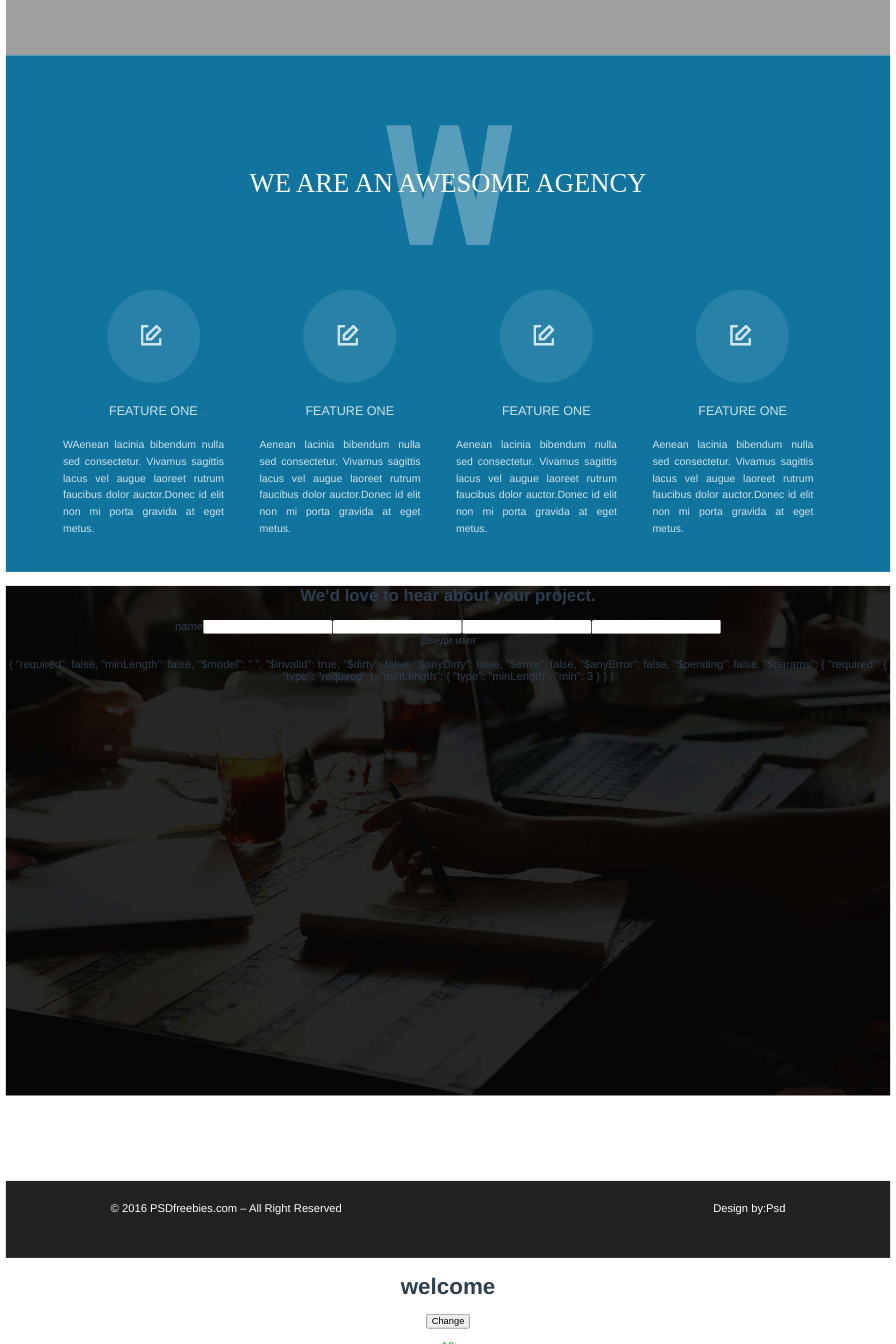
Repository: joker506/Creatives
Page: /
The author's editor kept a copy of each file at every save. The page is drawn from the files as they stood at one save, then again after the next save.
The browser window is 1280 px wide. The pictures show the part of the page from y = 760 to 2680 px (the page is 2716 px tall), at 70% of full size.
Pictures or frames that could not be fetched are drawn as grey boxes. The project was rebuilt for these pictures with package versions that can differ from the ones it lists, and the page was loaded fresh each time.

Above is the page before, as saved 2020-04-11 23:09:56.

### public/index.html
<!DOCTYPE html>
<html lang="ru">

<head>
    <meta charset="utf-8">
    <meta http-equiv="X-UA-Compatible" content="IE=edge">
    <meta name="viewport" content="width=device-width,initial-scale=1.0">
    <link rel="icon" href="<%= BASE_URL %>favicon.ico">
    <title>
        <%= htmlWebpackPlugin.options.title %>
    </title>
</head>

<body>
    <noscript>
      <strong>We're sorry but <%= htmlWebpackPlugin.options.title %> doesn't work properly without JavaScript enabled. Please enable it to continue.</strong>
    </noscript>
    <div id="app"></div>
    <!-- built files will be auto injected -->
</body>

</html>

### src/main.js
import Vue from 'vue'
import Vuelidate from 'vuelidate'
import App from './App.vue'

Vue.use(Vuelidate)

Vue.config.productionTip = false

new Vue({
    render: h => h(App),
}).$mount('#app')

### src/App.vue
<template>
  <div id="app">
<HeaderApp />
<AdvantagesApp />
<TeamApp />
<FormApp />
<FooterApp />

    <HelloWorld
    @clicks="clickUp($event)"
       :msg=msg
       :counter=counter />
  </div>
</template>

<script>
import HelloWorld from './components/HelloWorld.vue'
import HeaderApp from './components/HeaderApp.vue'
import AdvantagesApp from './components/AdvantagesApp.vue'
import TeamApp from './components/TeamApp.vue'
import FormApp from './components/FormApp.vue'
import FooterApp from './components/FooterApp.vue'

export default {
  name: 'App',
  data(){

    return{
    msg:"welcome",
    counter:10,


    }

  },
  components: {
    HelloWorld,
    AdvantagesApp,
    HeaderApp,
    TeamApp,
    FormApp,
    FooterApp
  },
  methods:{
    clickUp(event){
      console.log("click")
      this.counter=event
    }
  }
}
</script>

<style>
#app {
  font-family: Avenir, Helvetica, Arial, sans-serif;
  -webkit-font-smoothing: antialiased;
  -moz-osx-font-smoothing: grayscale;
  text-align: center;
  color: #2c3e50;
  overflow: hidden;

}
</style>

### src/components/HelloWorld.vue
<template>
  <div class="hello">
    <h1>{{ msg }} </h1>
   <button @click="clickDown">Change</button>
   <p>{{counter}}</p>

  </div>
</template>

<script>
export default {
  name: 'HelloWorld',

  props: {
    msg: String,
    counter:Number

  },
  methods:{
    clickDown(){
      console.log("Your Click!")
      this.$emit("clicks",this.counter+1)

    }
  }
}
</script>

<style scoped>
h3 {
  margin: 40px 0 0;
}
ul {
  list-style-type: none;
  padding: 0;
}
li {
  display: inline-block;
  margin: 0 10px;
}
a {
  color: #42b983;
}
p{
  color:rgb(3, 156, 62);
}
</style>

### src/components/HeaderApp.vue
<template>

<header class="header">

<div class="header__top">
<a class="logo" href="#" >
    <img src="@/assets/Logo1.png" alt="logo">
</a>
<nav class="main-nav">
    <ul class="main-nav__items">
        <li class="item">
            <a href="#">Home</a> </li>
        <li class="item">
            <a href="#">Pages</a> </li>
        <li class="item">
            <a href="#">Features</a> </li>
        <li class="item">
            <a href="#">Extensions</a> </li>
        <li class="item">
            <a href="#">Tutorials</a> </li>
        <li class="item">
            <a href="#">Contact us</a> </li>
    </ul>
</nav>

<div class="social">
    <ul class="social__items">
        <li class="social__item social__item--fb">
            <a class="social__link" href="#"></a></li>
        <li class="social__item social__item--insta">
            <a class="social__link" href="#"></a></li>
        <li class="social__item social__item--teleg">
            <a class="social__link" href="#"></a></li>
        <li class="social__item social__item--vk">
            <a class="social__link" href="#"></a></li>
    </ul>
</div>

</div>
<div class="header__main">

<h1 class="header__title" >Creatives</h1>
<p class="text"><a href="Power by PSDfreebies.com"> Power by PSDfreebies.com</a></p>

<span class="btn__main">
    <a @click="scrollDown" href="#team" class="btn__main-link">scroll down</a>
</span>
</div>


</header>

</template>

<script>
export default {
    name:'HeaderApp',
    methods:{
        scrollDown(){
            console.log("scroll")
        }
    },

    directives:{
        font:{
            bind(el){
            el.style.fontSize='50px'
            }
        },
        color:{
            bind(el){
                el.style.color='#ffffff'
            }
        }
    }


}
</script>

<style lang="scss">
.header{
    margin: 0;
    padding: 0;
    max-width: 1600px;
    padding-top: 20px;
    font-size: 18px;
    background-image: url("~@/assets/Layer96.jpg");
    background-repeat: no-repeat;
    background-position: 0 0;
    background-size: cover;
}

.header__top{
    padding-right: 15px;
    padding-left: 15px;
    display: flex;
    justify-content: space-between;
    height: 90px;
    border-bottom: 3px solid hsla(0, 0%, 47%, 0.5);
}
.wrapper{
    width: 1200px;
}
.logo {
    list-style: none;
    cursor: pointer;
    color: #000000 ;
    &>img{
    width:79px;
    height:75px;
    }
}

.main-nav{
margin-left: 220px;
margin-right: 40px;
//border: 1px solid greenyellow;
}
.main-nav__items{
padding: 0;
margin: 0;
display: flex;
justify-content: space-between;
width: 700px;
height: 85px;
}
.item{
    width: 100px;
    height: 83px;
    list-style: none;
    font-family: "Myriad Pro";
    font-size: 20px;
    font-weight: 400;
    color: #ffffff;
    &:hover{
        border-bottom: 6px solid #11749e;
    }
    &>a{
        display: block;
        padding-top: 30px;
        height: 50px;
        text-decoration: none;
        color: #868686;
   /*  &:hover{
        color: blue;
    } */

    }
}
.social{
width: 141px;
}
.social__items{
    margin: 0;
    padding: 0;
    display: flex;
    justify-content: space-between;
    list-style: none;
}

.social__item{
    width: 20px;
    height: 20px;
    margin-top: 30px;
    position: relative;
    &--fb{
        background-image: url("~@/assets/facebook.svg");
        &:hover{
        background-image: url("~@/assets/fb-active.svg");
        }
    }
     &--insta{
        background-image: url("~@/assets/instagram.svg");
    }
     &--teleg{
        background-image: url("~@/assets/telegram.svg");
    }
     &--vk{
        background-image: url("~@/assets/vk.svg");
    }
    &::before{
        content: '';
        position: absolute;
        width: 30px;
        height: 30px;
         background-position: 0 0;
        background-repeat: no-repeat;
}
}


.social__link{
    display: block;
    padding-top: 30px;
    height: 50px;
    color: #868686;
    text-decoration: none;
}
/*
.header__main{
    height: 766px;
} */

.header__title{
    margin: 0 auto;
    margin-top: 130px;
    font-family: Gotham;
    font-size: 153px;
    font-weight: 700;
    text-transform: uppercase;
    letter-spacing: -1.92px;
}

.text{
margin: 0 auto;
margin-top: 30px;
color: #11749e;
font-family: Gotham;
font-size: 25px;
font-weight: 500;
line-height: 51.19px;
text-transform: uppercase;
letter-spacing: 7.88px;
}
.text>a{
    text-decoration: none;
    color: bisque;
}
.btn__main{
    display: block;
    margin-top: 115px;
    padding-bottom: 115px;
    position: relative;

}
.btn__main-link{
    color:beige;
    cursor: pointer;
    font-weight: 500;
    line-height: 22px;
    text-transform: capitalize;
        &::after{
        content: '';
        display: block;
        left: 50%;
        margin: auto;
        margin-top: 15px;
        width: 65px;
        height: 65px;
        background-image: url("~@/assets/chevron.svg");
        background-repeat: no-repeat;
        background-position: 0 0;
        background-size: cover;
        }
        &:hover{
color: #11749e;
}
}



</style>

### src/components/AdvantagesApp.vue
<template >
<section class="advantages" >
    <div class="wrap">
<h2 class="advantages__title">
    We Are An Awesome Agency
</h2>
    </div>
    <div class="advantages-block">
<div class="block__first">
   <div><img src="~@/assets/Ellipse1.png" alt="ellipse"></div>
    <h3 class="block__title">Feature One</h3>
    <p class="block__text">WAenean lacinia bibendum nulla sed consectetur. Vivamus sagittis lacus vel augue laoreet rutrum faucibus dolor auctor.Donec id elit non mi porta gravida at eget metus.
</p>
</div>
<div class="block__first">
    <div><img src="~@/assets/Ellipse1.png" alt="ellipse"></div>
    <h3 class="block__title">Feature One</h3>
     <p class="block__text">Aenean lacinia bibendum nulla sed consectetur. Vivamus sagittis lacus vel augue laoreet rutrum faucibus dolor auctor.Donec id elit non mi porta gravida at eget metus.
</p>
</div>
<div class="block__first">
    <div><img src="~@/assets/Ellipse1.png" alt="ellipse"></div>
    <h3 class="block__title">Feature One</h3>
     <p class="block__text">Aenean lacinia bibendum nulla sed consectetur. Vivamus sagittis lacus vel augue laoreet rutrum faucibus dolor auctor.Donec id elit non mi porta gravida at eget metus.
</p>
</div>
<div class="block__first">
    <div><img src="~@/assets/Ellipse1.png" alt="ellipse"></div>
    <h3 class="block__title">Feature One</h3>
    <p class="block__text">Aenean lacinia bibendum nulla sed consectetur. Vivamus sagittis lacus vel augue laoreet rutrum faucibus dolor auctor.Donec id elit non mi porta gravida at eget metus.
</p>
</div>
</div>

</section>
</template>

<script>
export default {
    name:'AdvantagesApp',

}
</script>

<style lang="scss">

.advantages{
max-width: 1600px;
height: 738px;
background-color: #11749e;
}
.wrap{
    margin: 0;
}
.advantages-logo{
margin-top: 108px;
    opacity: 0.3 ;
}

.advantages__title{
    margin: 0;
padding-top: 170px;
margin-bottom: 140px;
color: #ffffff;
font-family: Gotham;
font-size: 38px;
font-weight: 500;
line-height: 25px;
text-transform: uppercase;
position: relative;
&::before{
    content: '';
    position: absolute;
    top: 100px;
    left: 43%;
    width: 180px;
    height: 180px;
    opacity: 0.3;
    background-image: url("~@/assets/W.png");
    background-size: contain;
    background-repeat: no-repeat;
    background-position: 0 0;
}
}
.advantages-block{
    width: 1100px;
    margin: 0 auto;
    display: flex;
    justify-content: space-between;
}
.block__first{
    width: 258px;

    color: #ffffff;
    opacity: 0.8;


}
.block__first>div{
    opacity: 1;
    position: relative;
      &::before{
    content: '';
    position: absolute;
    top: 50px;
    left: 111px;
    width: 30px;
    height: 30px;
    background-image: url("~@/assets/Write.svg");
    background-position: 0 0;
    background-repeat: no-repeat;
    background-size: contain;
}
    }


.block__title{
    font-size: 18px;
font-weight: 500;
line-height: 36px;
text-transform: uppercase;

}
.block__text{
    width: 230px;
text-align: justify;    ;
font-size: 15px;
font-weight: 400;
line-height: 24px;
}
</style>

### src/components/TeamApp.vue
<template>
<section class="team" id="team">
<div class="wrap">
<h2 class="team__title">Our Team</h2>
<p class="team__text">sales long tail influencer pitch release niche market.</p>
</div>

<div class="team-block">

<div v-for="staff in staffs" :key="staff.id" class="staff__first" >
    <img :src="require('@/assets'+staff.img)" alt="">
    <div class="staff-wrap">
    <h3 class="staff__title">{{staff.name}}</h3>
    <span class="staff__prof">{{staff.proff}}</span>
    </div>
</div>

    </div>

    </section>
</template>

<script>
export default {
    name:'TeamApp',
    data(){
        return{
            staffs:[
                {
                    id:1,
                    name:"JOHN SNOW",
                    proff:"CEO",
                    img:'/Layer81.png'
                },
                {
                    id:2,
                    name:"LADY SANSA",
                    proff:"WebDesigner",
                    img:'/Layer82.png'
                },
                {
                    id:3,
                    name:"JOHN MMAc",
                    proff:"Pgotographer",
                    img:'/Layer83.png'
                },
                {
                    id:4,
                    name:"LADY SIMPS",
                    proff:"Pgotographer",
                    img:'/Layer84.png'
                },


            ]
        }
    }
}
</script>

<style lang="scss">
.team{
    margin: 0;
    padding: 0;
    max-width: 1600px;
padding-bottom: 10px;
background-color: #f3f0f0;
}
.team__title{
margin: 0;
padding: 0;
padding-top: 140px;
font-size: 38px;
font-weight: 500;
line-height: 45px;
text-transform: uppercase;
position: relative;
&::before{
    content: '';
    position: absolute;
    top: 70px;
    left: 45%;
    width: 120px;
    height: 180px;
    background-image: url('~@/assets/T.png');
    background-position: 0 0;
    background-repeat: no-repeat;
    background-size: contain;
}
}
.team__text{
    margin-top: 140px;
    color: #222222;
font-family: "Gotham - Book";
font-size: 30px;
font-weight: 400;
line-height: 37px;
}
.team-block{
    margin-top: 70px;
    width: 1200px;
    margin: 0 auto;
    display: flex;
    justify-content: space-between;

}
.staff__first {
    width: 270px;
    height: 480px;
    position: relative;
}

.staff-wrap{
    position: absolute;
    top: 360px;
    left: 25px;
    width: 216px;
    height: 117px;
    background-color: #ffffff;
    &:hover{
        border: 1px solid rgb(245, 243, 243);
        box-shadow: 0px 0px 10px 5px rgb(225, 229, 233);
    }
    }
.staff__title{
    color: #11749e;
font-family: Gotham;
font-size: 20px;
font-weight: 500;
line-height: 24px;
text-transform: uppercase;
}

.staff__prof{
    font-family: Gotham;
    font-size: 15px;
    font-weight: 600;
    line-height: 24px;
}
</style>

### src/components/FormApp.vue
<template>
<div class="form">
<h2 class="form__title">We’d love to hear about your project.</h2>
<form action="">
    <label for="name">name</label>
    <input type="text"
            id="name"
            @blur="$v.name.$touch()"
            :class="{'input__wrong':$v.name.$error}"
            v-model="name"
            placeholder="Name">

    <input type="email">
    <input type="phone">
    <input type="textarea">

    <div class="" v-if="!$v.name.required&&!$v.name.minLength">Введи имя </div>

</form>
<p>{{$v.name}}</p>
</div>

</template>

<script>

import {required,minLength } from 'vuelidate/lib/validators'

export default {
name:'FormApp',
data(){
    return{
    name:" ",
    required:" ",
    }
},

validations:{
    name:{
    required,
    minLength:minLength(3),
    //pattern:
},
}
}

</script>

<style>
.form{
    max-width: 1600px;
    height: 850px;
    background-image: url("~@/assets/form-logo.png");
    background-repeat: no-repeat;
    background-size: contain;
}
.input__wrong{
    box-shadow: 0 0 5px 5px pink;
}


</style>

### src/components/FooterApp.vue
<template>
<footer class="footer">
    <div class="copyright">© 2016 PSDfreebies.com – All Right Reserved</div>
    <div class="design">
        <p>Design by:Psd</p>
    </div>
</footer>
</template>

<script>
export default {
    name:'FooterApp'
}
</script>>
<style lang="scss">
.footer{
    max-width: 1600px;
    height: 110px;
    background-color: #222222;
    padding-right: 150px;
    padding-left: 150px;
    display: flex;
    justify-content: space-between;
}
.copyright,
.design{
    color: #ffffff;
    padding-top: 30px;
}
.design>p{
    margin: 0;
}
</style>

After the next save:
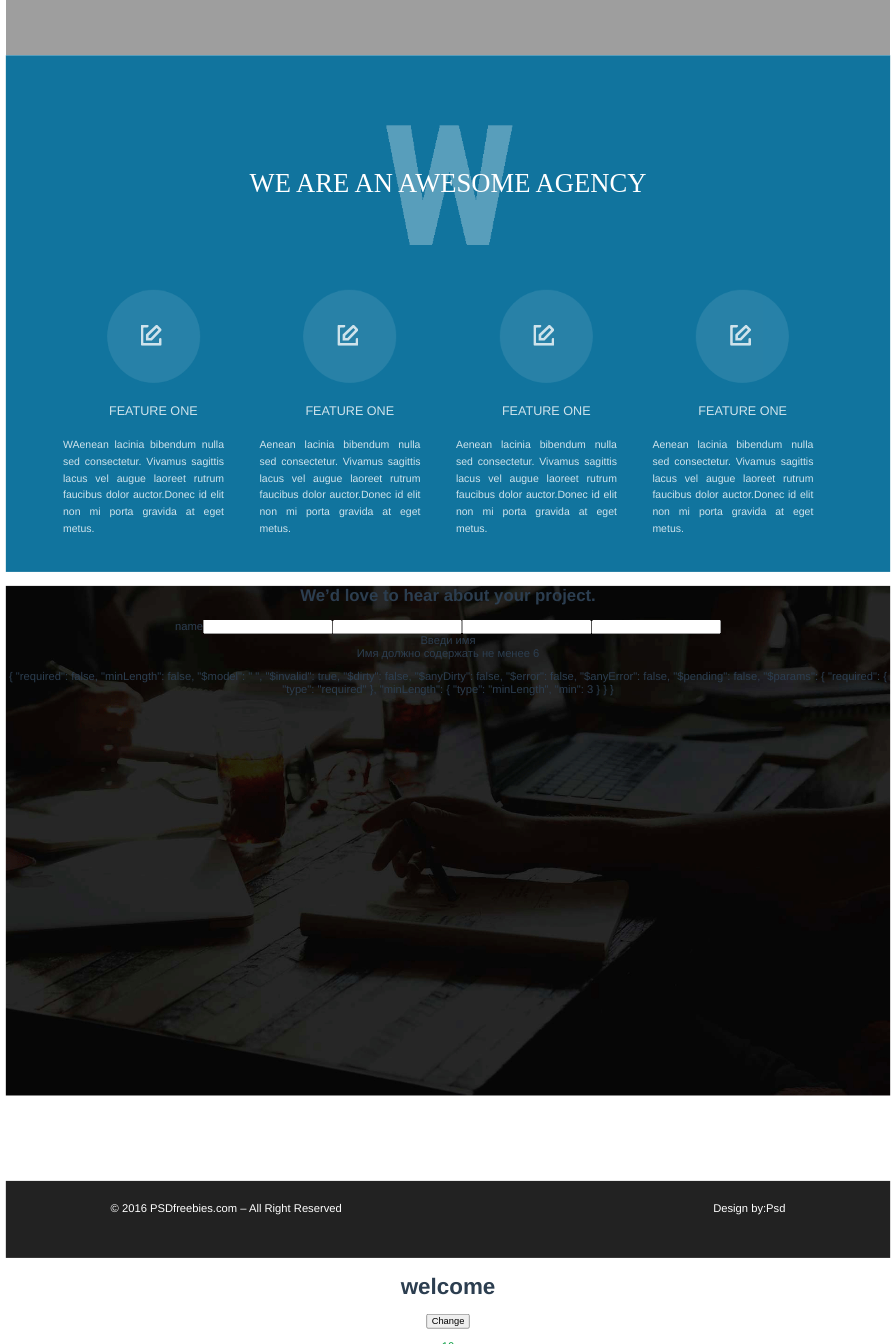
Saved 102 s later.
--- a/src/components/FormApp.vue
+++ b/src/components/FormApp.vue
@@ -14,7 +14,8 @@
     <input type="phone">
     <input type="textarea">
 
-    <div class="" v-if="!$v.name.required&&!$v.name.minLength">Введи имя </div>
+    <div class="" v-if="!$v.name.required">Введи имя </div>
+    <div class="" v-if="!$v.name.minLength">Имя должно содержать не менее {{6}}</div>
 
 </form>
 <p>{{$v.name}}</p>
